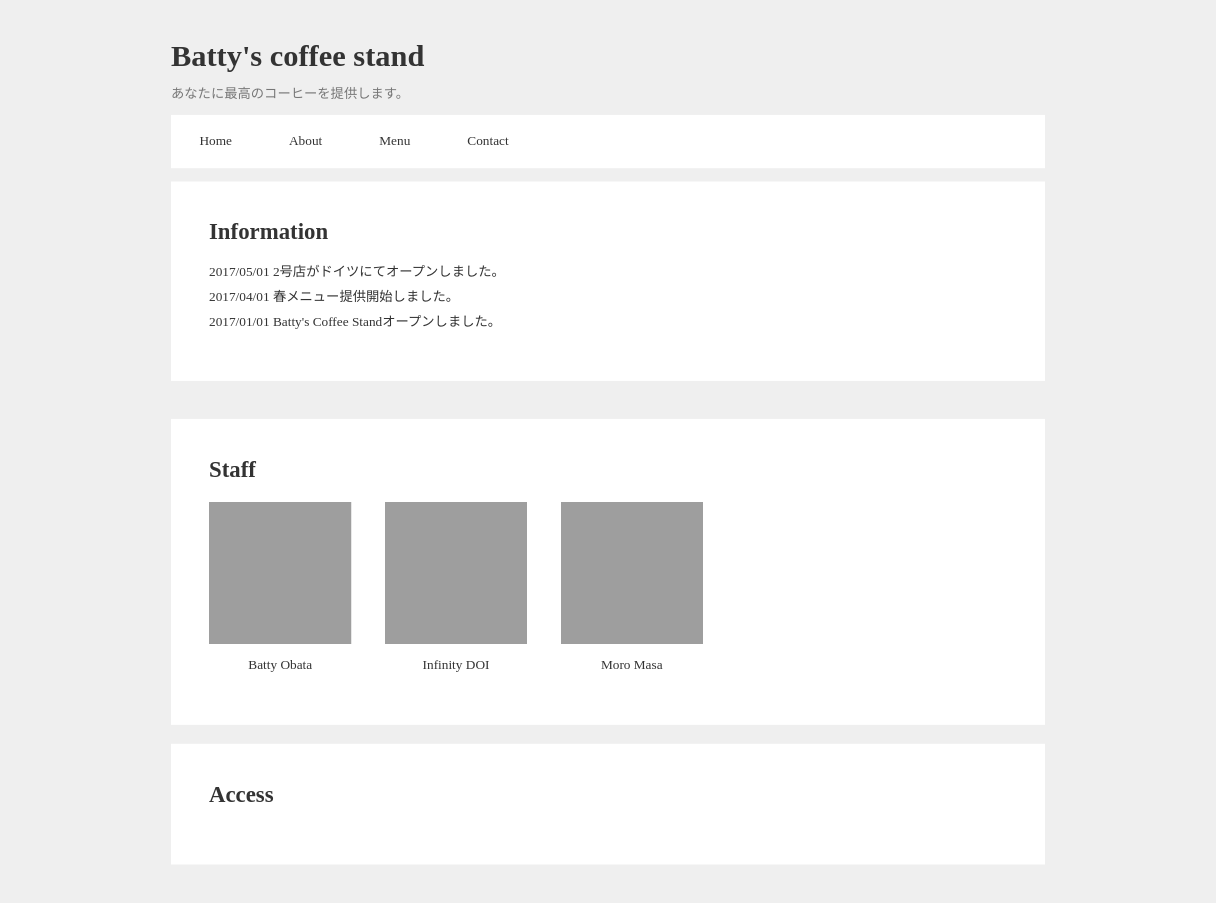
Repository: taku-su/kadai4
Page: html/batty_coffee_stand/index.html
The author's editor kept a record of every edit. The page is drawn from the files as they stood at one moment, then again after the next edit.
The browser window is 1280 px wide. The pictures show the whole page, at 95% of full size.
Pictures or frames that could not be fetched are drawn as grey boxes.

Above is the page before.

After the next edit:
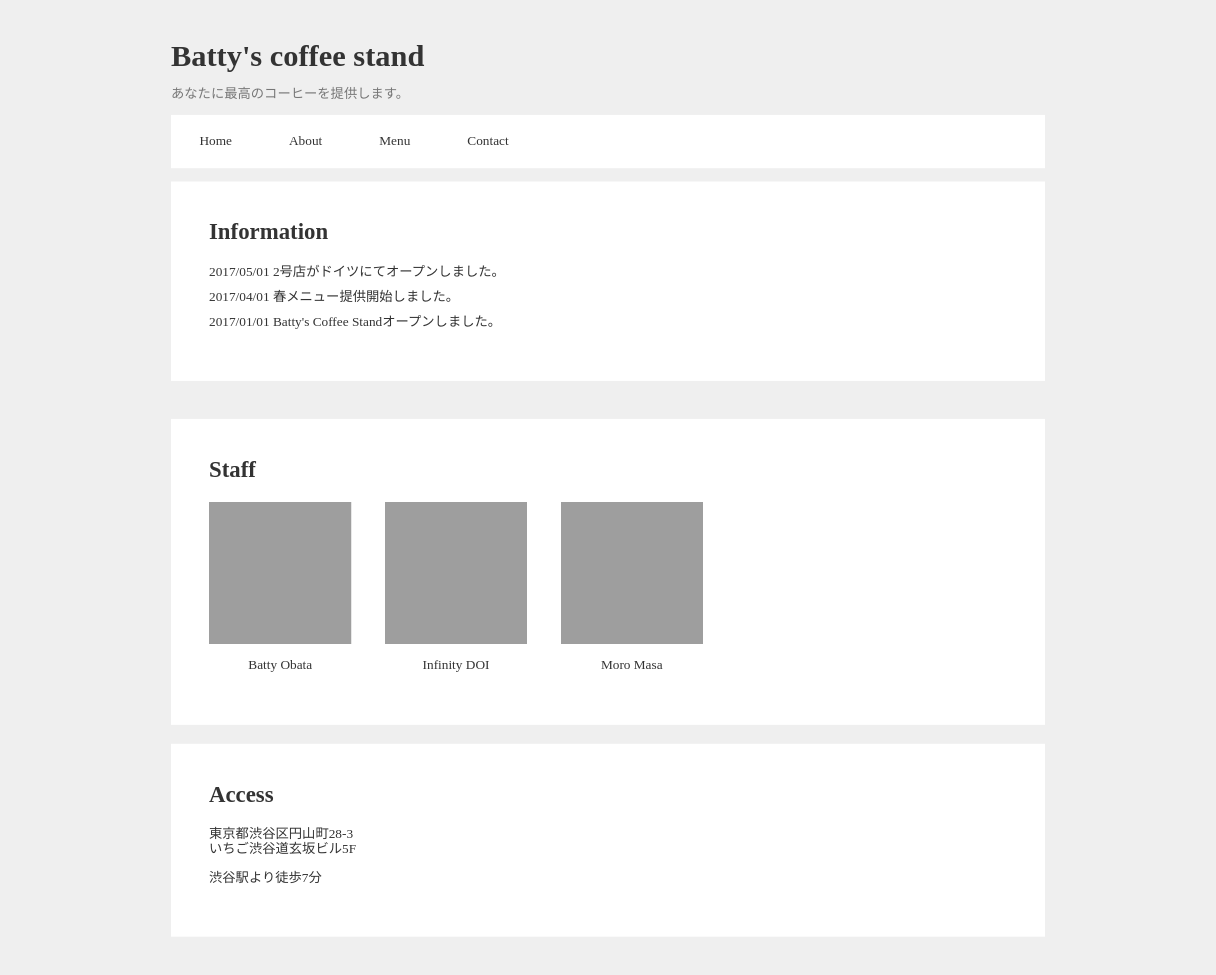
The edit:
--- a/html/batty_coffee_stand/index.html
+++ b/html/batty_coffee_stand/index.html
@@ -49,6 +49,9 @@
     </div>
     <div class="card-contents">
       <h2 class="text-title">Access</h2>
+        <p>東京都渋谷区円山町28-3<br>いちご渋谷道玄坂ビル5F</p>
+  <p>渋谷駅より徒歩7分</p>
+
     </div>
   </div>
 </div>
